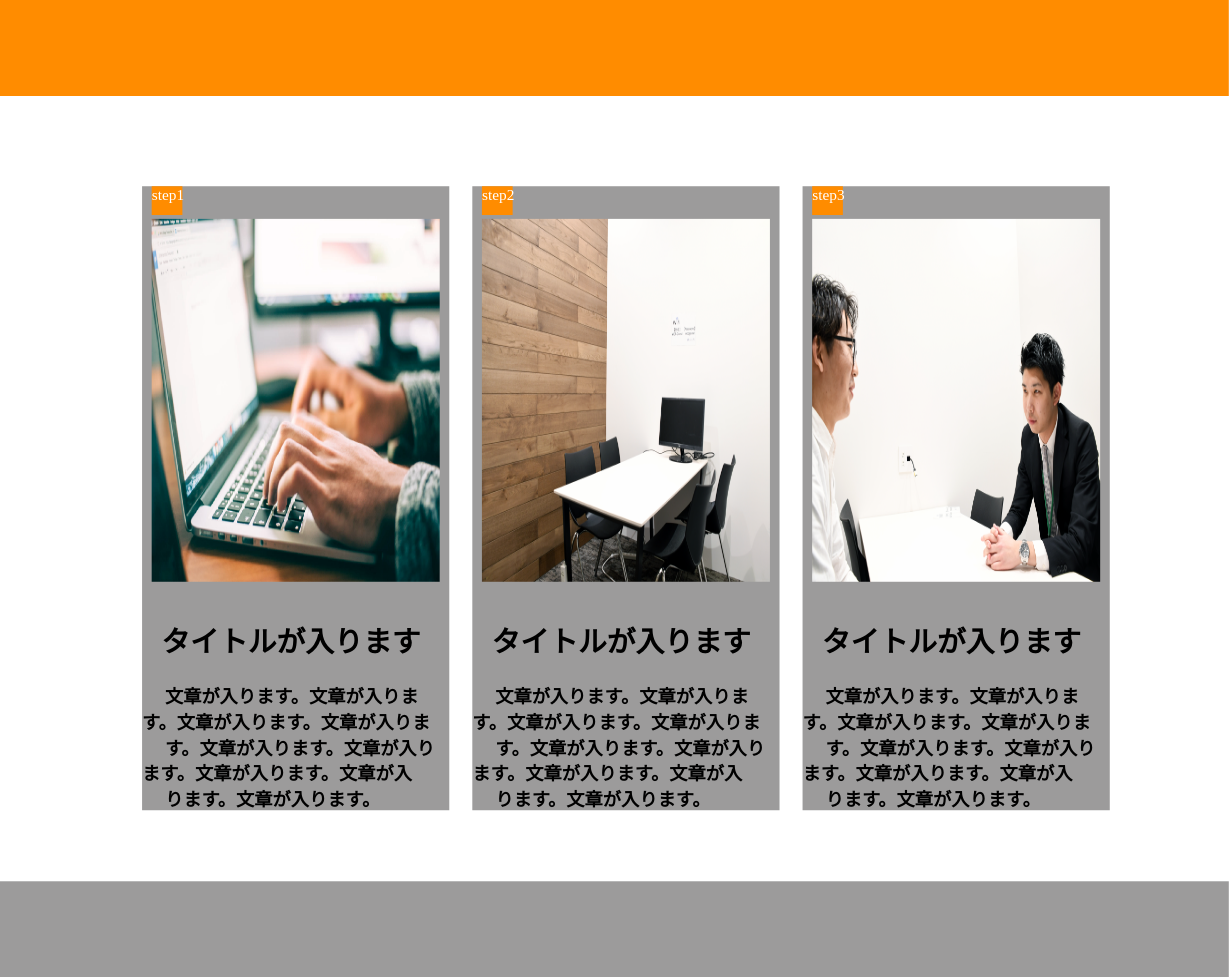
Repository: shiotaryuto/kadai1-10
Page: 課題/課題.html
The author's editor kept a record of every edit. The page is drawn from the files as they stood at one moment, then again after the next edit.
The browser window is 1280 px wide. The pictures show the whole page, at 96% of full size.
Some web libraries are served in a nearby version.

Above is the page before.

### 課題/課題.html
<!DOCTYPE html>
<html lang="ja">
  <head>
    <meta charset="UTF-8" />
    <meta name="viewport" content="width=device-width,initial-scale=1.0">
    <script src="https://kit.fontawesome.com/35efbb9d9d.js" crossorigin="anonymous"></script>
    <link rel="stylesheet" href="style.css" />
    <title>課題提出1</title>
  </head>

  <body>
    <header></header>

　<main>
　    <div class="step1">
　      <img class="step1-img" src="img/flow01.png" />
　    <div class="step1-heading">step1</div>
　     <div class="step1-item">
　        <h3 class="step1-text-heading">
　          <p>タイトルが入ります</p><br>
　         文章が入ります。文章が入ります。文章が入ります。文章が入りま
　          す。文章が入ります。文章が入ります。文章が入ります。文章が入
　          ります。文章が入ります。
　          </h2>
　        </h3>
　      </div>
　    </div>

　     <div class="step2">
　      <img class="step2-img" src="img/flow02.png" />
　    <div class="step2-heading">step2</div>
　     <div class="step2-item">
　        <h3 class="step2-text-heading">
　        <p>タイトルが入ります</p><br>
　          文章が入ります。文章が入ります。文章が入ります。文章が入りま
　          す。文章が入ります。文章が入ります。文章が入ります。文章が入
　          ります。文章が入ります。
　          </h2>
　        </h3>
　      </div>
　    </div>

　     <div class="step3">
　      <img class="step3-img" src="img/flow03.png" />
　    <div class="step3-heading">step3</div>
　     <div class="step3-item">
　        <h3 class="step3-text-heading">
　        <p>タイトルが入ります</p><br>
　         文章が入ります。文章が入ります。文章が入ります。文章が入りま
　          す。文章が入ります。文章が入ります。文章が入ります。文章が入
　          ります。文章が入ります。
　          </h2>
　        </h3>
　      </div>
　    </div>
　</main>
　<footer></footer>
  </body>

### 課題/style.css
* {
  margin: 0;
  padding: 0;
  box-sizing: border-box;
  color: #6c6b6b;
}

a{
  text-decoration: none;
}

header{
  width: 100%;
  padding: 50px;
  background-color: #ff8c00;
}

main{
  width: 100%;
  margin-top: 50px;
  margin-bottom: 50px;
}

.step1{
  position: relative;
  display: inline-block;
  width: 25%;
  height: 650px;
  margin-left: 10%;
text-align: center;
padding: 10px;
  background-color: #9c9b9b;
}
.step1-heading{
  position: absolute;
width: 10%;
height: 30px;
top: 0;
  background-color: #ff8c00;
  color: white;
}

.step1-img{
  width: 100%;
  height: 60%;
}

.step1-item{
 width: 100%;
 left: 0;
}

.step1-text-heading{
  position: absolute;
  text-align: left;
  width: 100%;
  top: 65%;
  left: 0;
  font-size: 19px;
  color: black;
}

.step2{
  position: relative;
  display: inline-block;
  width: 25%;
  height: 650px;
  margin-top: 20px;
text-align: center;
padding: 10px;
  background-color: #9c9b9b;
}

.step2-heading{
  position: absolute;
width: 10%;
height: 30px;
top: 0;
  background-color: #ff8c00;
  color: white;
}

.step2-img{
  width: 100%;
  height: 60%;
}

.step2-item{
 width: 100%;
 left: 0;
}

.step2-text-heading{
  position: absolute;
  text-align: left;
  width: 100%;
  top: 65%;
  left: 0;
  font-size: 19px;
  color: black;
}

.step3{
  position: relative;
  display: inline-block;
  width: 25%;
  height: 650px;
  margin-top: 20px;
text-align: center;
padding: 10px;
  background-color: #9c9b9b;
}

.step3-heading{
  position: absolute;
width: 10%;
height: 30px;
top: 0;
  background-color: #ff8c00;
  color: white;

}

.step3-img{
  width: 100%;
  height: 60%;
}


.step3-item{
 width: 100%;
 left: 0;
}

.step3-text-heading{
  position: absolute;
  text-align: left;
  width: 100%;
  top: 65%;
  left: 0;
  font-size: 19px;
  color: black;
}

p{
  font-size: 30px;
  padding-left: 20px;
  color: black;

}
footer{
  width: 100%;
  padding: 50px;
  background-color: #9c9b9b;
}

@media screen and (max-width:768px){
  header{
    width: 100%;
  }

main{
  width: 100%;
}

.step1{
  width: 70%;
  height: 400px;
  margin: 8%;
}

.step1-text-heading{
  top: 60%;
  font-size: 15px;
}

.step2{
  width: 80%;
  height: 400px;
  margin-left: 10%;
  margin-top: 20px;
}

.step2-text-heading{
  top: 60%;
  font-size: 15px;
}

.step3{
  width: 80%;
  height: 400px;
  margin-left: 10%;
}

.step3-text-heading{
  top: 60%;
  font-size: 15px;
}

footer{
  width: 100%;
}

After the next edit:
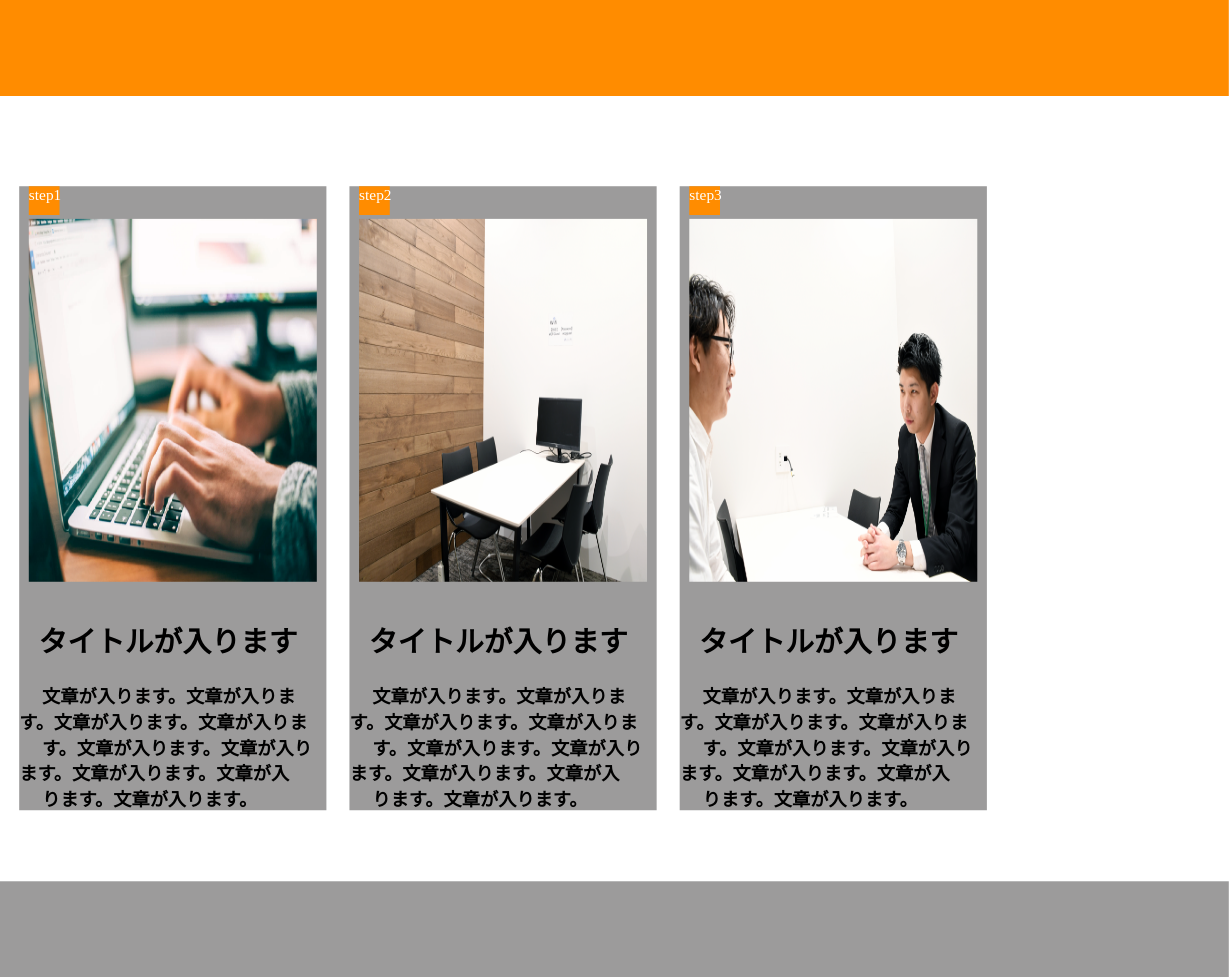
The edit:
--- a/課題/style.css
+++ b/課題/style.css
@@ -26,7 +26,6 @@
   display: inline-block;
   width: 25%;
   height: 650px;
-  margin-left: 10%;
 text-align: center;
 padding: 10px;
   background-color: #9c9b9b;
